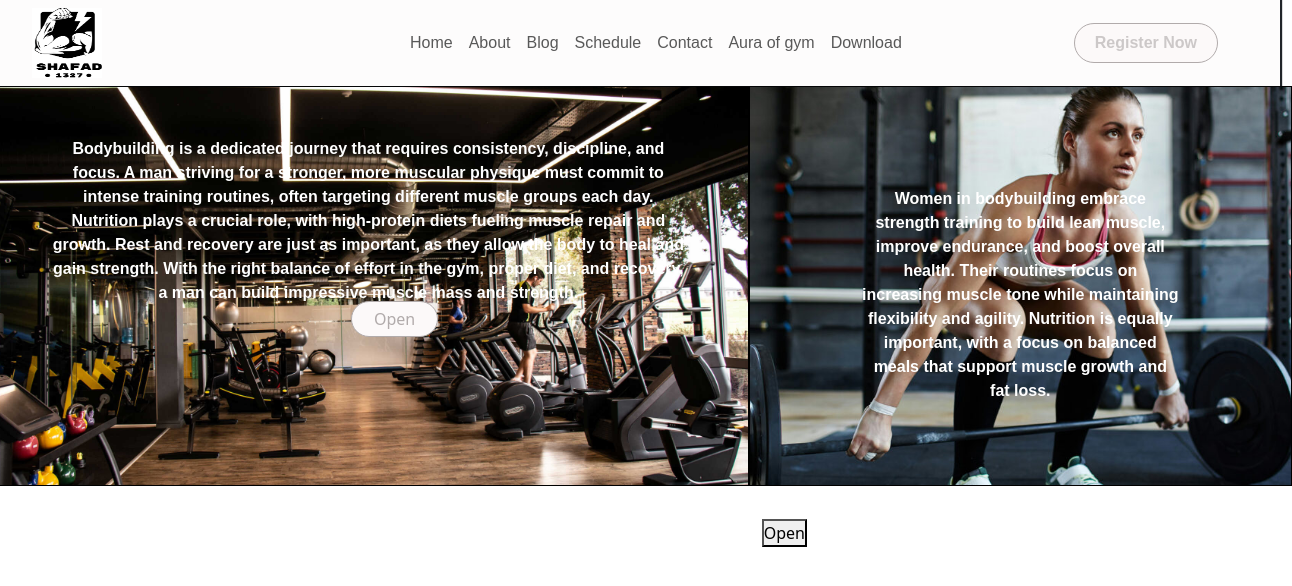
Repository: Daud-shafad/gymwebsite
Page: bootstrap-5.3.3-dist/bootstrap-5.3.3-dist/gym.html
An editor plug-in stored every save of this project. The page is shown before and after the next save, followed by the edit.
The browser window is 1280 px wide. The page is 1292 px wide, so the pictures cover 1292 px, including what lies to the right of the window. The pictures show the whole page.

Above is the page before, as saved 2024-12-28 13:53:23.

### bootstrap-5.3.3-dist/bootstrap-5.3.3-dist/gym.html
<!DOCTYPE html>
<html lang="en">
<head>
    <title>GYM WEBSITE</title>
    <meta charset="UTF-8">
    <meta name="viewport" content="width=device-width, initial-scale=1.0">
    <meta name="author" content="Daud_Shafad">
    <meta name="Description" content="This gym website front-end part">
    <meta name="keyword" content="html, css, bootstrap, front-end, gym, website">
    <link rel="stylesheet" href="gym.css">
    <link rel="stylesheet" href="css/bootstrap.css">


</head>
<body>

    <nav class="navbar navbar-expand-lg" style="background-color: rgb(253, 252, 252); box-shadow: 1px -1px 1px 1px">
        <div class="container-fluid">
          <img src="power.png" style="width: 70px;
          height: 70px; margin-left: 20px;" >
          <button class="navbar-toggler" type="button" data-bs-toggle="collapse" data-bs-target="#navbarSupportedContent" aria-controls="navbarSupportedContent" aria-expanded="false" aria-label="Toggle navigation">
            <span class="navbar-toggler-icon"></span>
          </button>
          <div class="collapse navbar-collapse" id="navbarSupportedContent" style="font-family: sans-serif;">
            <ul class="navbar-nav me-auto mb-2 mb-lg-0" style="margin-left: 300px;">
              <li class="nav-item" >
                <a class="nav-link" aria-current="page" href="#">Home</a>
              </li>
              <li class="nav-item" >
                <a class="nav-link" href="#">About</a>
              </li>
              <li class="nav-item">
                <a class="nav-link" href="#">Blog</a>
              </li>
              <li class="nav-item">
                <a class="nav-link" aria-disabled="false">Schedule</a>
              </li>
              <li class="nav-item">
                <a class="nav-link" aria-disabled="false">Contact</a>
              </li>
              <li class="nav-item">
                <a class="nav-link" aria-disabled="false">Aura of gym</a>
              </li>
              <li class="nav-item">
                <a class="nav-link" aria-disabled="false">Download</a>
              </li>
              </ul>
           <button class="btn-register">
            Register Now
           </button>
          </div>
        </div>
      </nav>

      <div class="row">
        <div class="col-7">
          <p class="p-man-bodybuilding">Bodybuilding is a dedicated journey that requires consistency, discipline, and focus. A man striving for a stronger, more muscular physique must commit to intense training routines, often targeting different muscle groups each day. Nutrition plays a crucial role, with high-protein diets fueling muscle repair and growth. Rest and recovery are just as important, as they allow the body to heal and gain strength. With the right balance of effort in the gym, proper diet, and recovery, a man can build impressive muscle mass and strength.</p>
          <button class="btn-open-1">Open</button>
        </div>
        <div class="col-5">
        <p class="p-women-bodybuilding">Women in bodybuilding embrace strength training to build lean muscle, improve endurance, and boost overall health. Their routines focus on increasing muscle tone while maintaining flexibility and agility. Nutrition is equally important, with a focus on balanced meals that support muscle growth and fat loss.</p>
        <button class="btn-open-2">Open</button>
    </div>
      </div>





    <script src="js/bootstrap.js"></script>


</body>
</html>

### bootstrap-5.3.3-dist/bootstrap-5.3.3-dist/gym.css
*{
    margin:0;
    padding: 0;
}

.btn-register{
    background-color: rgb(252, 249, 249);
    padding: 7px 20px 7px 20px;
    border: 1px solid rgb(177, 171, 171);
    cursor: pointer;
    border-radius: 25px;
    margin-right: 50px;
    font-family: sans-serif;
    font-size: 16px;
    font-weight: 600;
    color: rgb(204, 200, 200);
    text-transform: capitalize;
    transition: all 2s;
}

.btn-register:hover{
   background-color: rgb(177, 171, 171);
   color: rgb(252, 249, 249);
   border: rgb(252, 249, 249);
   letter-spacing: 2px;
   box-shadow: 2px 1px 2px 2px;

}

#navbarSupportedContent:hover{
    letter-spacing: 1px;
    color: black;
    cursor: pointer;
    transition: all 2s;
}

.row .col-7{

    background: url(Gym5.jpg);
    background-position: center;
    background-size: cover;
    background-repeat: no-repeat;
    height: 400px;
    border: 1px solid black;
}

.row .col-7 .p-man-bodybuilding{
    font-family: sans-serif;
    font-size: 16px;
    font-weight: 600;
    text-align: center;
    padding: 50px;
    color: white;
}

.row .col-7 .btn-open-1{
   background-color: rgb(252, 249, 249);
   color: rgb(177, 171, 171);
   border: 1px solid rgb(177, 171, 171);
   cursor: pointer;
   border-radius: 25px;
   padding: 5px 22px 5px 22px;
   margin: -70px 50px 50px 350px;
   vertical-align: top;
}

.row .col-5{
    background: url(Photowomen2.jpg);
    background-position: center;
    background-size: cover;
    background-repeat: no-repeat;
    height: 400px;
    border: 1px solid black;

}

.row .col-5 .p-women-bodybuilding{
    font-family: sans-serif;
    font-size: 16px;
    font-weight: 600;
    text-align: center;
    padding: 100px;
    color: white;
}

Loaded but not shown: bootstrap-5.3.3-dist/bootstrap-5.3.3-dist/css/bootstrap.css (library); bootstrap-5.3.3-dist/bootstrap-5.3.3-dist/js/bootstrap.js (library)

After the next save:
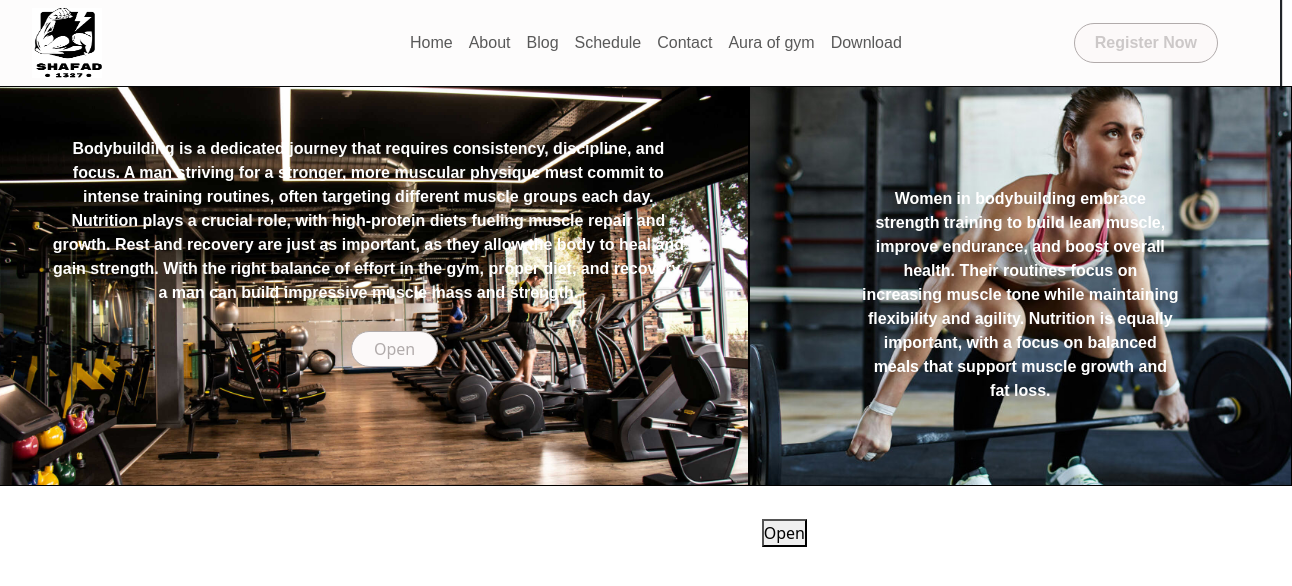
Saved 10 s later.
--- a/bootstrap-5.3.3-dist/bootstrap-5.3.3-dist/gym.css
+++ b/bootstrap-5.3.3-dist/bootstrap-5.3.3-dist/gym.css
@@ -60,7 +60,7 @@
    cursor: pointer;
    border-radius: 25px;
    padding: 5px 22px 5px 22px;
-   margin: -70px 50px 50px 350px;
+   margin: -40px 50px 50px 350px;
    vertical-align: top;
 }
 
